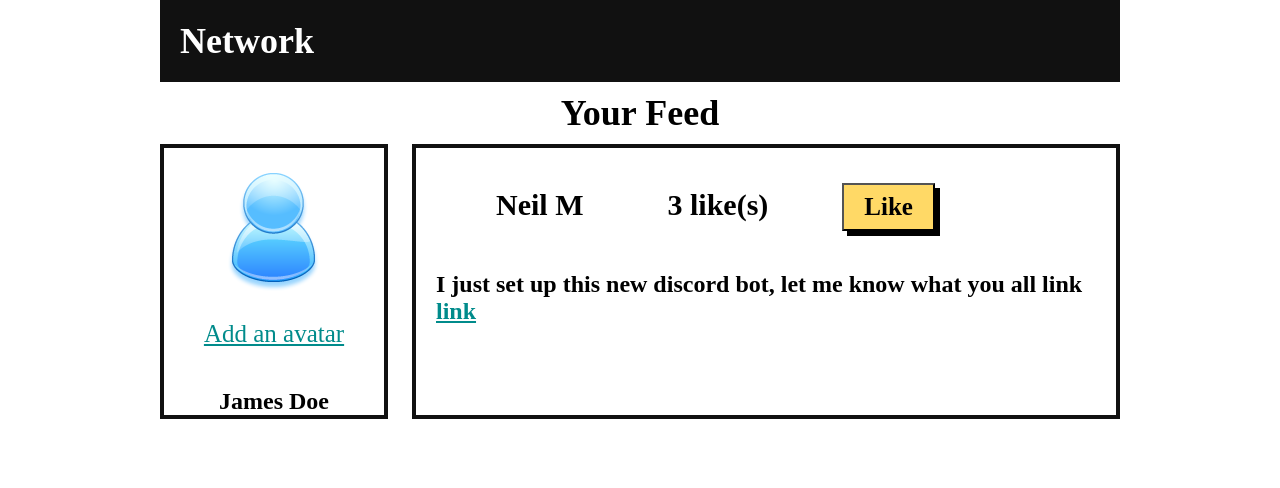
Repository: Blender20/liking_likes
Page: index.html
An editor plug-in stored every save of this project. The page is shown before and after a run of saves, followed by the edit.
The browser window is 1280 px wide. The pictures show the whole page.
Some web fonts or font styles are not loaded; a fallback is used.

Above is the page before, as saved 2022-03-30 11:08:01.

### index.html
<!DOCTYPE html>
<html lang="en">

<head>
  <meta charset="UTF-8">
  <meta http-equiv="X-UA-Compatible" content="IE=edge">
  <meta name="viewport" content="width=device-width, initial-scale=1.0">
  <link rel="stylesheet" href="style.css">
  <title>Document</title>
</head>

<body>
  <nav>
    <h1>Network</h1>
  </nav>
  <div class="feed">
    <h1>Your Feed</h1>
  </div>
  <div class="container flex">
    <div class="leftColumn">

      <div class="avatar">
        <img src="./user.png" alt="user icon">
      </div>
      <div class="addAvatar"><a href="#">Add an avatar</a>
      </div>
      <div class="userInput">
        <h2>James Doe</h2>
      </div>
    </div>

    <div class="right">
      <h3>Neil M</h3>
      <h3><span id="likeCount">3</span> like(s)</h3>
      <button onclick="addLike()" id="like">Like</button>

      <div class="text-box">
        <h2>I just set up this new discord bot, let me know what you all link <a href="#">link</a></h2>
      </div>
    </div>
  </div>
  <script src="script.js"></script>
</body>

</html>

### style.css
@import url('https://fonts.googleapis.com/css2?family=Balsamiq+Sans:ital,wght@0,400;0,700;1,700&display=swap');
  *{
  padding: 0;
  margin: 0;
  box-sizing: border-box;
  font-family: 'Balsamiq Sans', cursive;
}

.flex {
  display: flex;
  justify-content: space-between;
  align-self: center;
  gap:1.5em;
}
nav{
  min-height: 70px;
  background-color: #111;
  display: block;
  width: 75%;
  margin: 0 auto;

  color: #fff;
  font-family: "balsamiq Sans";
  padding: 10px
}
.container {
  margin: 0 auto;
  width: 75%

}

 .leftColumn{
  border: 4px solid #111;
  margin-top: 50px;
  flex:1;
  margin: 0 auto;

 }

.right {
  border: 4px solid #111;
  /* justify-content: space-between; */
 /* align-items: center; */
 flex:3;
 min-height: 200px;
 padding: 20px;
}


h1 {

  font-size: 36px;
  padding: 10px;
}
h2 {
  display:inline-block



}
h3 {
  font-size: 30px;
  display: inline;
  padding-left: 40px;
  margin:20px;
  text-align: end;

}
.feed {
  text-align: center;
  justify-content: center;
}
.text-box {
  margin-top: 40px;
}
a {
  color: darkcyan
}


#like {
  background-color: #FFD966;
  padding: 8px 20px;
  margin-top: 15px;
  margin-left: 50px;
  font-weight: 900;
  font-size: 25px;
  box-shadow: 5px 5px;

}
.avatar{
  margin-top: 20px;
  text-align: center;

}
.addAvatar{
  margin-top: 20px;
  text-align: center;
  font-size: 25px;

}
.userInput {
  text-align: center;
  margin-top: 40px;
  margin-bottom:
}

### script.js
var likeCount = document.querySelector('#likeCount')
console.log(likeCount)
function addLike() {

  likeCount.innerText++;

}

After the next 2 saves:
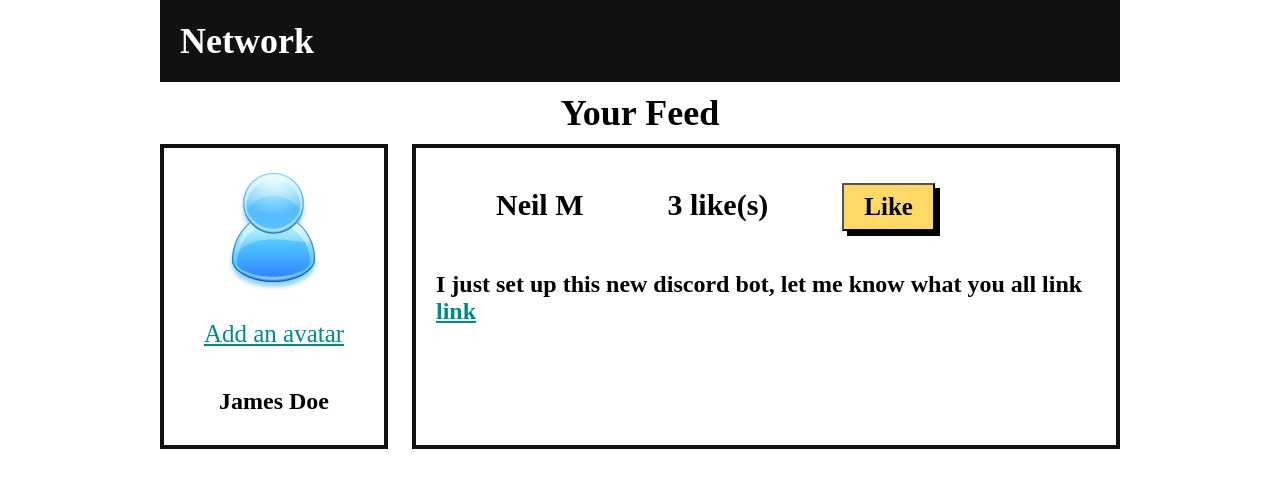
The 2 saves are shown as one change because they came seconds apart.
The last was saved 5 s later.
--- a/style.css
+++ b/style.css
@@ -102,5 +102,5 @@ a {
 .userInput {
   text-align: center;
   margin-top: 40px;
-  margin-bottom:
+  margin-bottom: 30px;
 }
